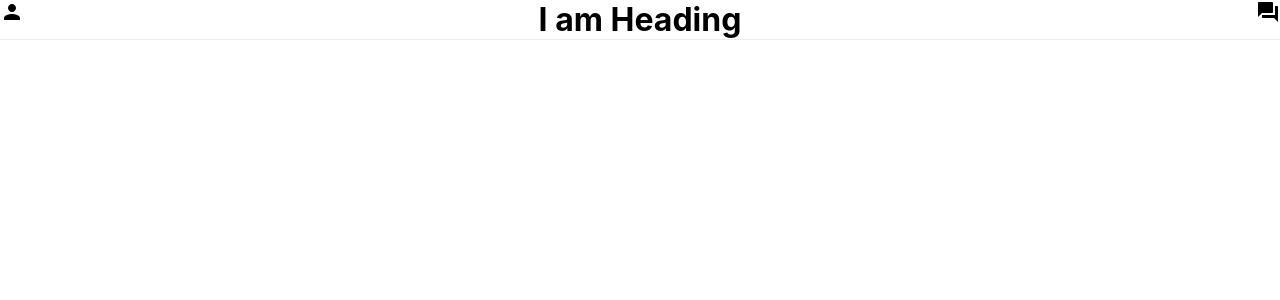
Repository: professorsourabh/tinder-clone
Page: /chat/Jeff
An editor plug-in stored every save of this project. The page is shown before and after the next save, followed by the edit.
The browser window is 1280 px wide. The pictures show the whole page.
The project was rebuilt for these pictures with package versions that can differ from the ones it lists, and the page was loaded fresh each time. Also part of the build but not shown: src/App.css.

Above is the page before, as saved 2023-05-30 11:02:02.

After the next save:
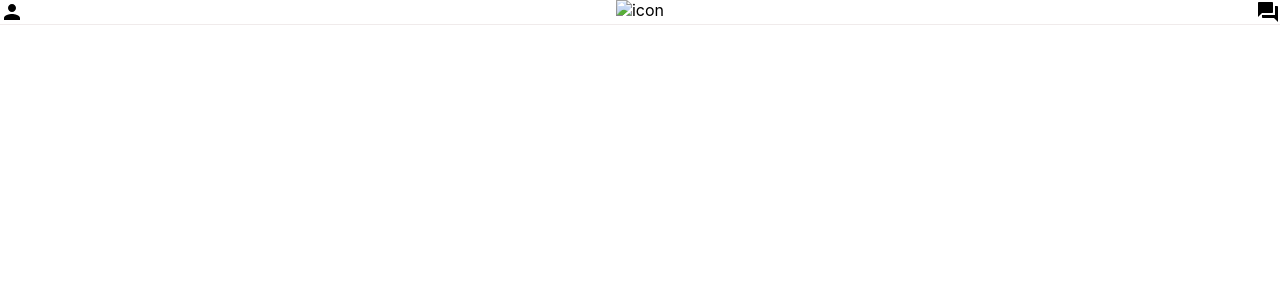
Not found: chat/phone-icon.png
Saved 89 s later.
--- a/src/Navbar.js
+++ b/src/Navbar.js
@@ -6,7 +6,7 @@
   return (
     <div className='header'>
         <PersonIcon/>
-        <h1>I am Heading</h1>
+        <img src="./phone-icon.png" alt="icon" />
         <ForumIcon/>
 
     </div>
